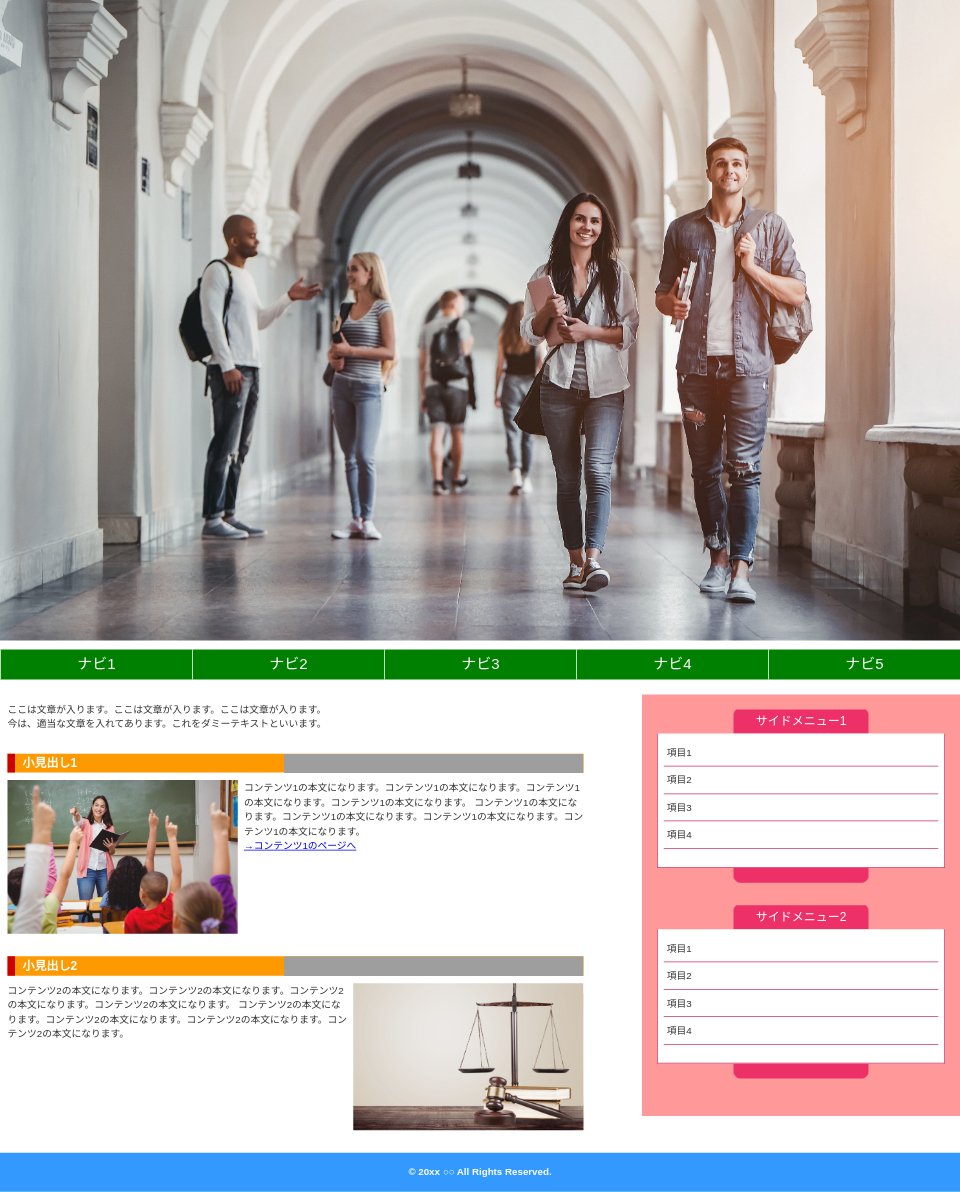
Repository: Miya0223/samurai_HTML-CSS
Page: home.html
The author's editor kept a record of every edit. The page is drawn from the files as they stood at one moment, then again after the next edit.
The browser window is 1280 px wide. The pictures show the whole page, at 75% of full size.
Pictures or frames that could not be fetched are drawn as grey boxes.

Above is the page before.

After the next edit:
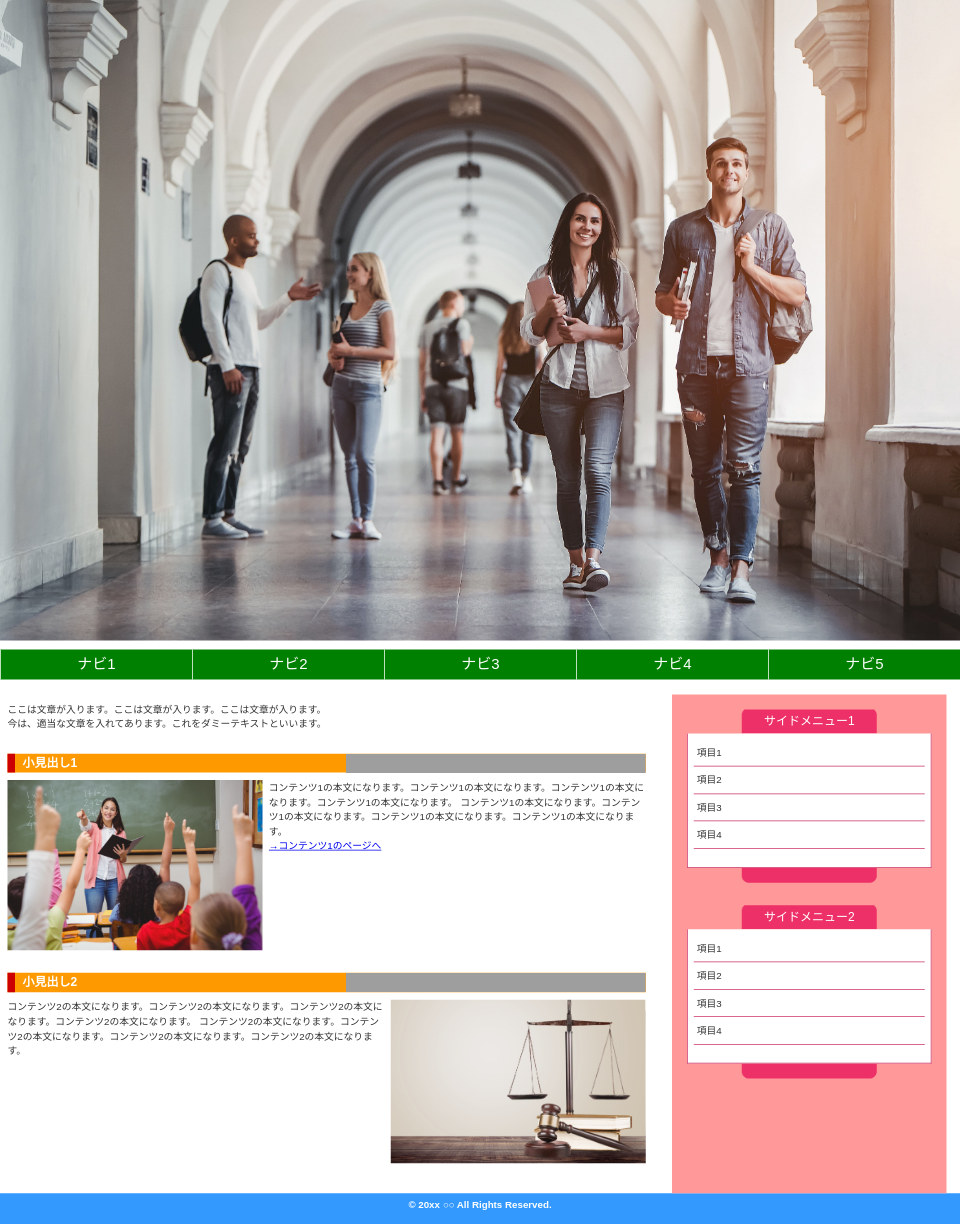
The edit:
--- a/stylesheet.css
+++ b/stylesheet.css
@@ -11,13 +11,13 @@
 
 /* -------------------- wrapper -------------------- */
 #wrapper {
-    width: 100%;
-    margin: auto;
-    padding: 0px;
-    border: 0px;
-    background-color: #FFF;
-    top: 10px;
-    position: relative;
+	width: 100%;
+	margin: auto;
+	padding: 0px;
+	border: 0px;
+	background-color: #FFF;
+	top: 10px;
+	position: relative;
 }
 
 /* -------------------- header -------------------- */
@@ -50,13 +50,12 @@
 	width: 100%;
 }
 #nav ul {
-    display: flex;
+	display: flex;
 	margin: 0;
 	padding: 0;
 	list-style-type: none;
 }
 #nav ul li {
--    float: left;
 	width: 20%;
 	text-align: center;
 }
@@ -82,11 +81,12 @@
 	margin: auto ;
 	padding-top: 20px;
 	clear: both;
+	display: grid;
+	grid-template-columns: 70vw 30vw;
 }
 /* -------------------- main -------------------- */
 #main {
-	float: left;
-	width: 60%;
+	width: 95%;
 	padding: 10px 30px 10px 10px;
 }
 #main h2 {
@@ -125,7 +125,7 @@
 
 /* -------------------- clearfix -------------------- */
 .clearfix {
-    zoom: 1;
+	zoom: 1;
 }
 .clearfix:after{
 	content: "";
@@ -135,8 +135,7 @@
 
 /* -------------------- side -------------------- */
 #side {
-	float: right;
-	width: 30%;
+	width: 85%;
 	padding: 20px;
 	background-color: #F99;
 }
